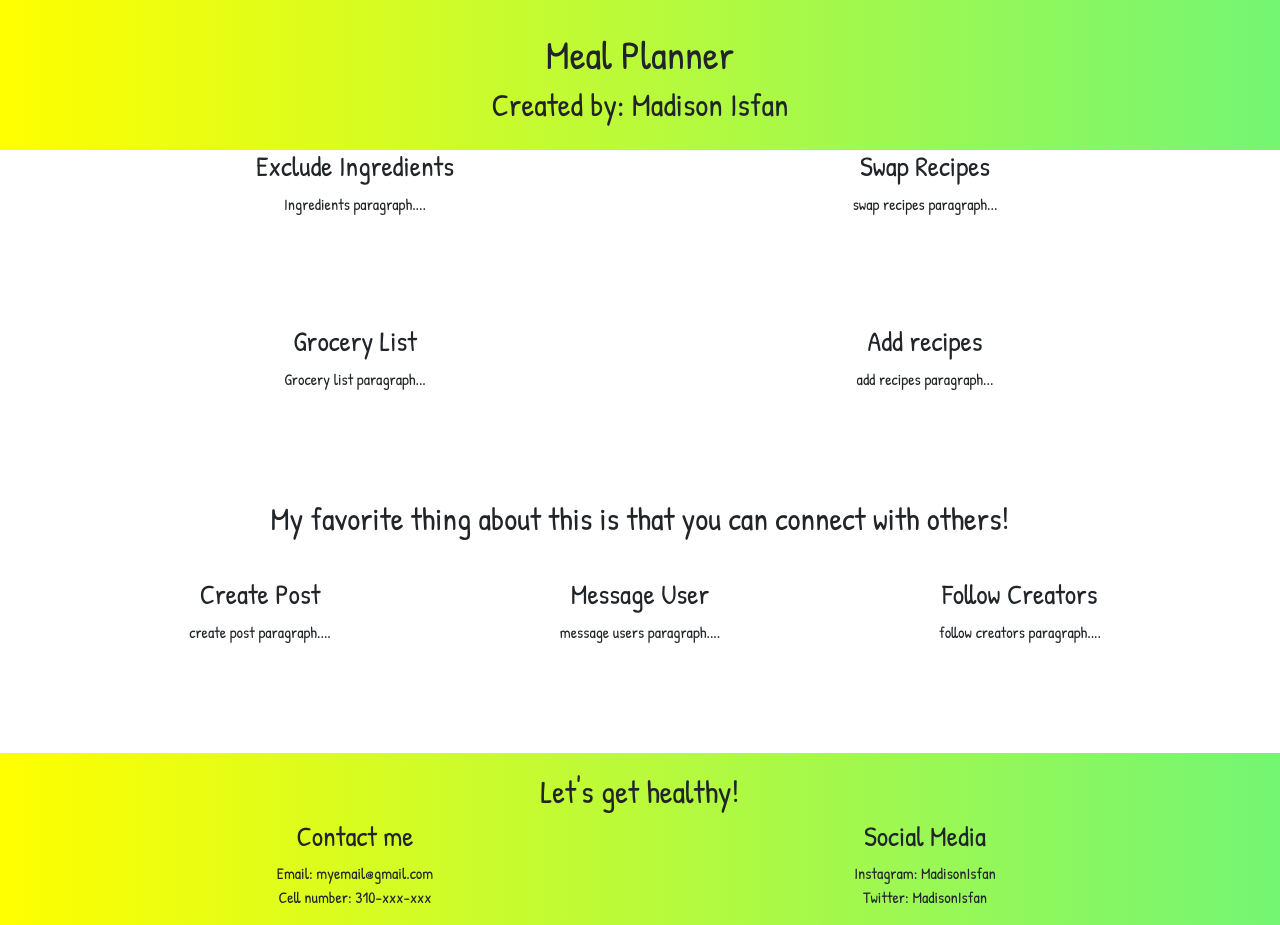
Repository: madisonisfan/Meal-Planner
Page: index.html
These files come from the project's save history. The page is drawn as it stood at one moment and after the next save; the edit follows.
The browser window is 1280 px wide. The pictures show the whole page.
Some web libraries are served in a nearby version.

Above is the page before, as saved 2021-02-19 10:34:11.

### index.html
<!DOCTYPE html>
<head>

    <meta charset="utf-8"/>
    <meta name="viewport" content="width=device-width, initial-scale=1"/>

    <link rel="stylesheet" href="node_modules/bootstrap/dist/css/bootstrap.min.css" />

    <link rel="stylesheet" href="https://fonts.googleapis.com/css?family=Indie+Flower|Patrick+Hand" />
    <link rel="stylesheet" href="css/styles.css"/>
    <title> Meal Planner </title>
</head>

<body>

    <header class="jumbotron">
        <div class="container-fluid">
            <div class="row align-self-center"  >
                <div class="col text-center">
                    <h1>Meal Planner</h1>
                    <h2>Created by: Madison Isfan</h2>
                </div>
                <!--
                <div class="col text-right ">
                    <img src="healthySymbolSc.jpg">
                </div> -->
            </div>
        </div>

    </header>

    <div class="container ">
        <div class="row row-content">
            <div class="col-12 text-center col-md">
                <h3>Exclude Ingredients</h3>
                <p>Ingredients paragraph....</p>
            </div>
            <div class="col-12 text-center col-md">
                <h3>Swap Recipes</h3>
                <p >swap recipes paragraph...</p>
            </div>
        </div>

        <div class="row row-content ">
            <div class="col-12 text-center col-md">
                <h3>Grocery List</h3>
                <p>Grocery list paragraph...</p>
            </div>
            <div class="col-12 text-center col-md">
                <h3>Add recipes</h3>
                <p>add recipes paragraph...</p>
            </div>
        </div>

    </div> <!--End of container-->

    <div class="container">
        <div class="row align-items-start">
            <div class="col ">
                <h2 class=" extra-header text-center">My favorite thing about this is that you can connect with others!</h2>
            </div>
        </div>
        <div class="row row-content align-items-start justify-content-center" >
            <div class="col-12 text-center col-md">
                <h3>Create Post</h3>
                <p>create post paragraph....</p>

            </div>
            <div class="col-12 text-center col-md">
                <h3>Message User</h3>
                <p>message users paragraph....</p>
            </div>
            <div class="col-12 text-center col-md">
                <h3>Follow Creators</h3>
                <p>follow creators paragraph....</p>
            </div>

        </div>

    </div>

    <footer>
        <div class="container">
            <div class="row">
                <div class ="col">
                    <h2 class="text-center"> Let's get healthy! </h2>
                </div>
            </div>

            <div class="row">
                <div class="col-12 text-center col-md">
                    <h3 >Contact me</h3>
                    <ul class="list-unstyled">
                        <li>Email: myemail@gmail.com</li>
                        <li>Cell number: 310-xxx-xxx</li>
                    </ul>

                </div>
                <div class="col-12 text-center col-md">
                    <h3 >Social Media</h3>
                    <ul class="list-unstyled">
                        <li>Instagram: MadisonIsfan</li>
                        <li>Twitter: MadisonIsfan</li>
                    </ul>

                </div>
            </div>
        </div>
    </footer>


    <script src="node_modules/jquery/dist/jquery.slim.min.js"></script>
    <script src="node_modules/popper.js/dist/umd/popper.min.js"></script>
    <script src="node_modules/bootstrap/dist/js/bootstrap.min.js"></script>
</body>


</html>

### css/styles.css
header {
  padding: 20px;
  height: 150px;
}
body {
  font-family: "Patrick Hand";
}

footer {
  background-image: linear-gradient(to right, yellow, rgb(116, 245, 116));
  padding-top: 20px;
}

img {
  width: 75px;
}

.row-content {
  min-height: 175px;
}

.jumbotron {
  padding: 30px;
  background-image: linear-gradient(to right, yellow, rgb(116, 245, 116));
}

.extra-header {
  margin-bottom: 40px;
}

After the next save:
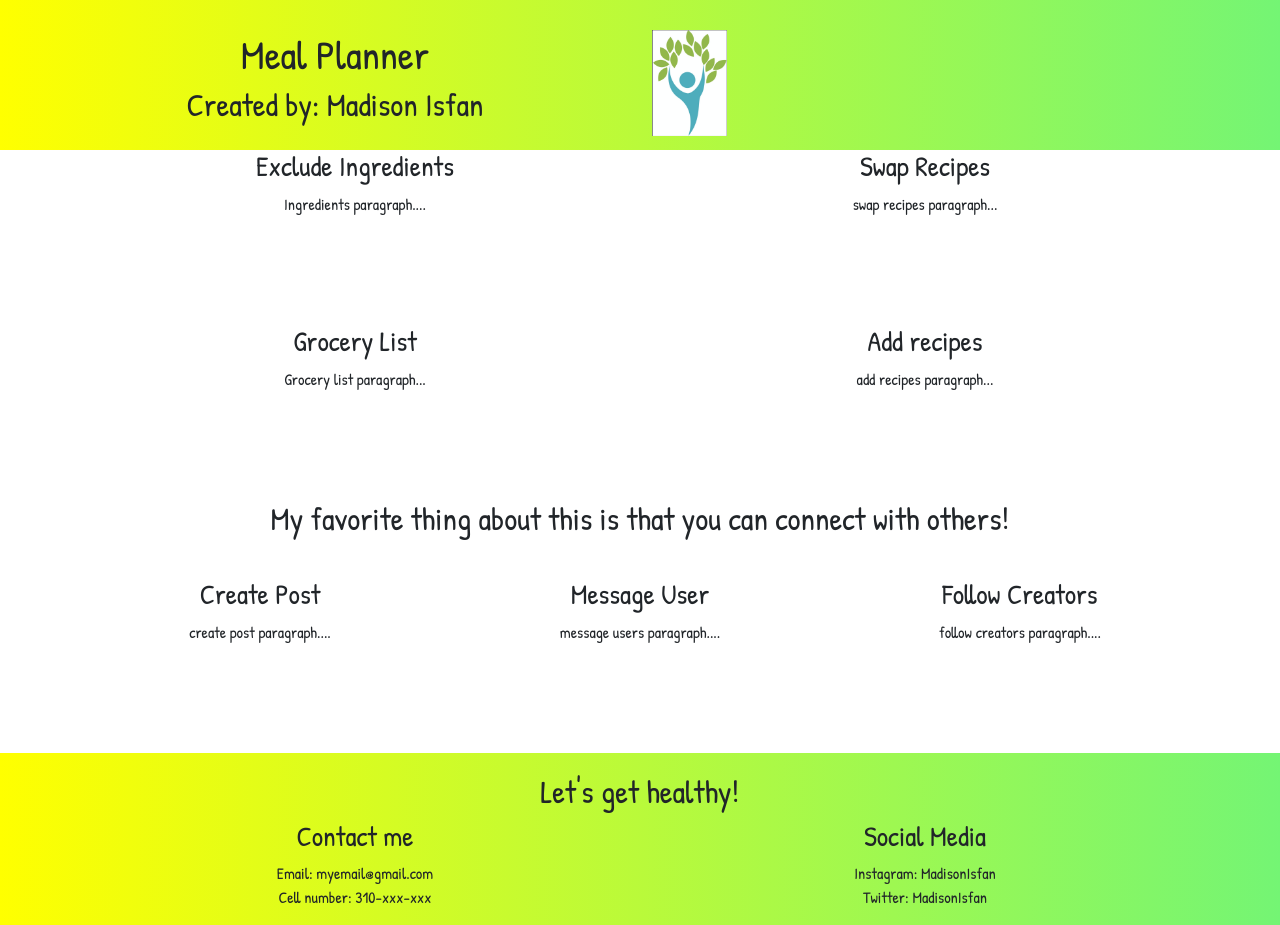
Saved 13 min 38 s later.
--- a/index.html
+++ b/index.html
@@ -20,10 +20,10 @@
                     <h1>Meal Planner</h1>
                     <h2>Created by: Madison Isfan</h2>
                 </div>
-                <!--
+
                 <div class="col text-right ">
                     <img src="healthySymbolSc.jpg">
-                </div> -->
+                </div>
             </div>
         </div>
 
